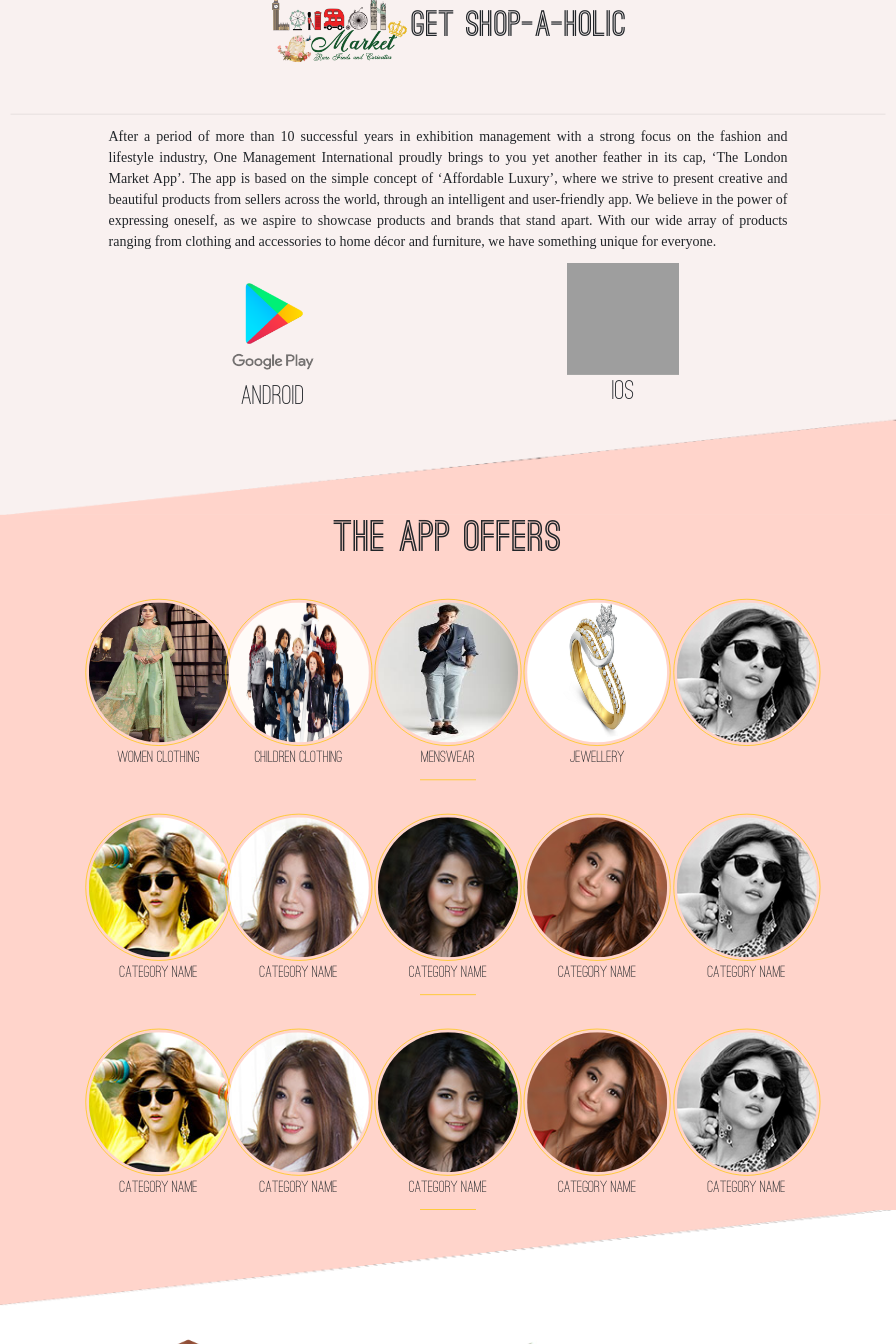
Repository: Demonster1999/newshoperrepo
Page: index.html
The author's editor kept a copy of each file at every save. The page is drawn from the files as they stood at one save, then again after a run of saves.
The browser window is 1280 px wide. The pictures show the part of the page from y = 761 to 2681 px (the page is 5576 px tall), at 70% of full size.
Pictures or frames that could not be fetched are drawn as grey boxes. Some web libraries are served in a nearby version.

Above is the page before, as saved 2020-07-21 14:28:50.
Console error: TypeError: Cannot read properties of null (reading 'getContext')

After the next 3 saves:
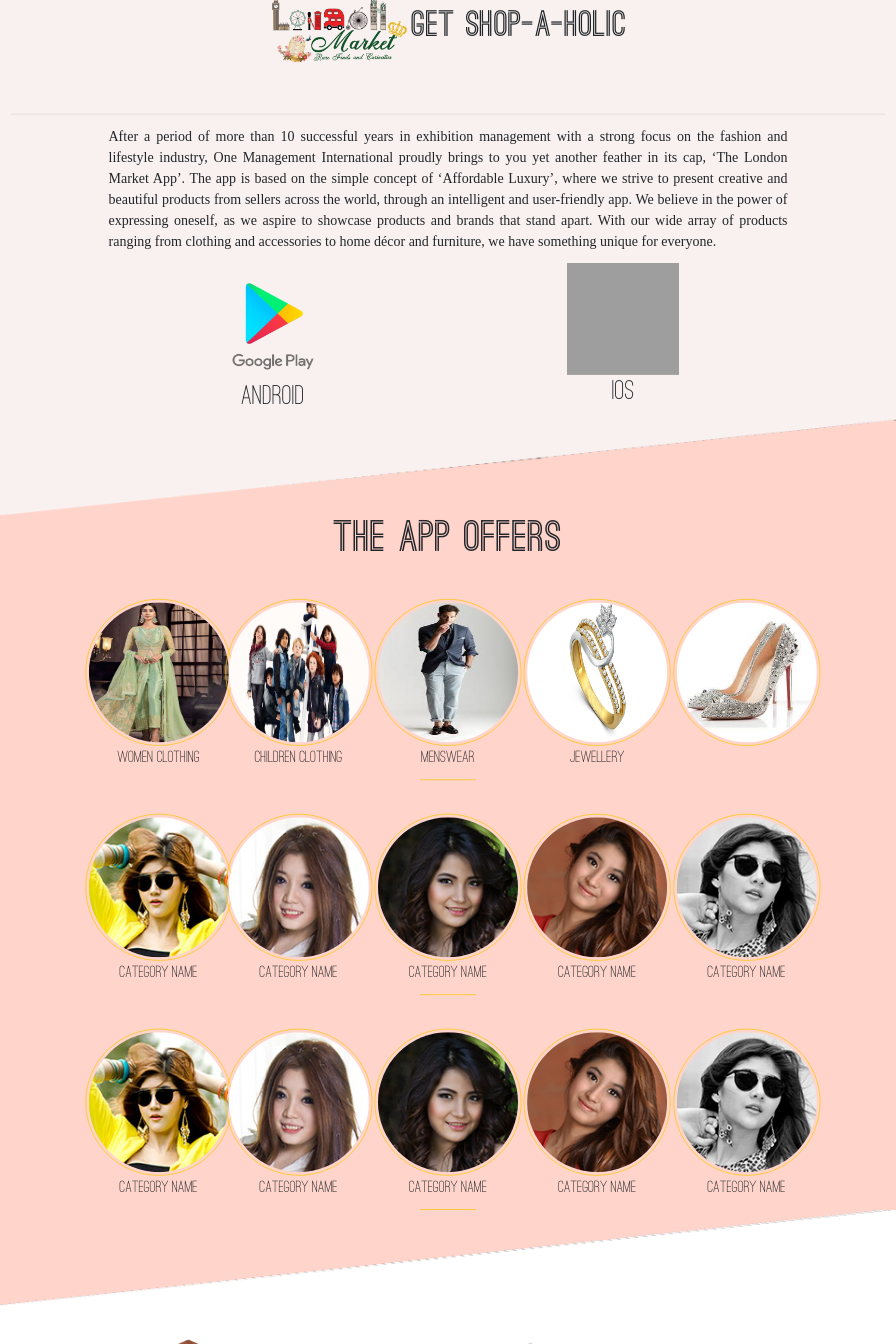
The 3 saves are shown as one change because they came seconds apart.
The last was saved 13 s later.
--- a/index.html
+++ b/index.html
@@ -200,7 +200,7 @@
 	</div>
 	<div class="col-md-2">
 		<div class="tm-img-circle-border absolute-center">
-			<img src="images/testimonials/5.jpg" alt="Testimonial 5" class="img-circle tm-img-testimonial">
+			<img src="images/category/display category/Footwear.jpg" alt="Testimonial 5" class="img-circle tm-img-testimonial">
 			<h4 class=" mt-2 "> </h4>
 		</div>
 	</div>
